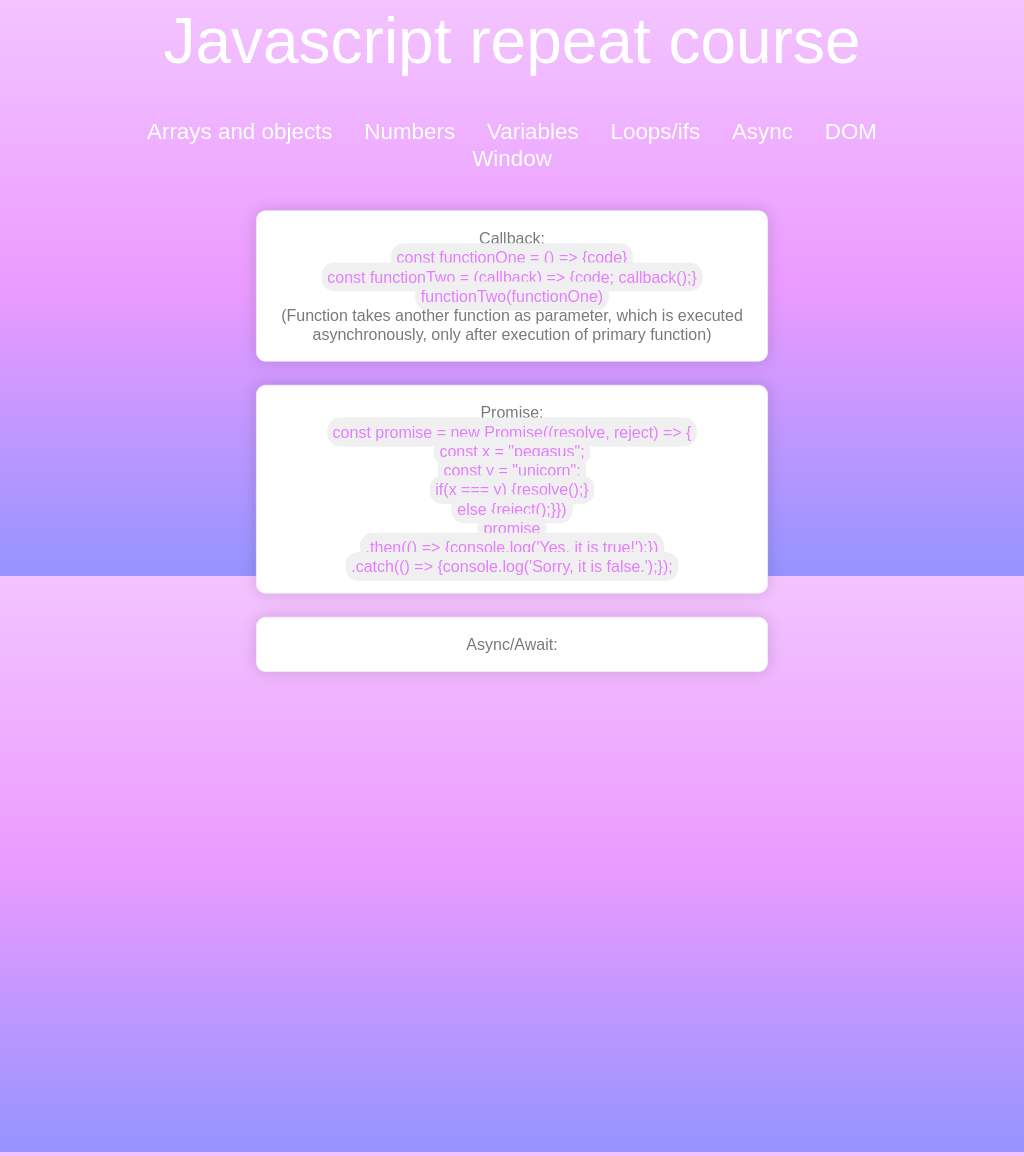
Repository: michalgornicki/javascript
Page: /#/Async
The author's editor kept a copy of each file at every save. The page is drawn from the files as they stood at one save, then again after the next save.
The browser window is 1280 px wide. The pictures show the whole page, at 80% of full size.
Backgrounds fixed to the window are drawn as part of the page. The project was rebuilt for these pictures with package versions that can differ from the ones it lists, and the page was loaded fresh each time. Also part of the build but not shown: src/index.css, src/components/arrays.jsx, src/components/variables.jsx, src/components/numbers.jsx, src/components/loops.jsx, src/components/DOM manipulation.jsx, src/components/window.jsx.

Above is the page before, as saved 2022-02-04 12:51:10.

After the next save:
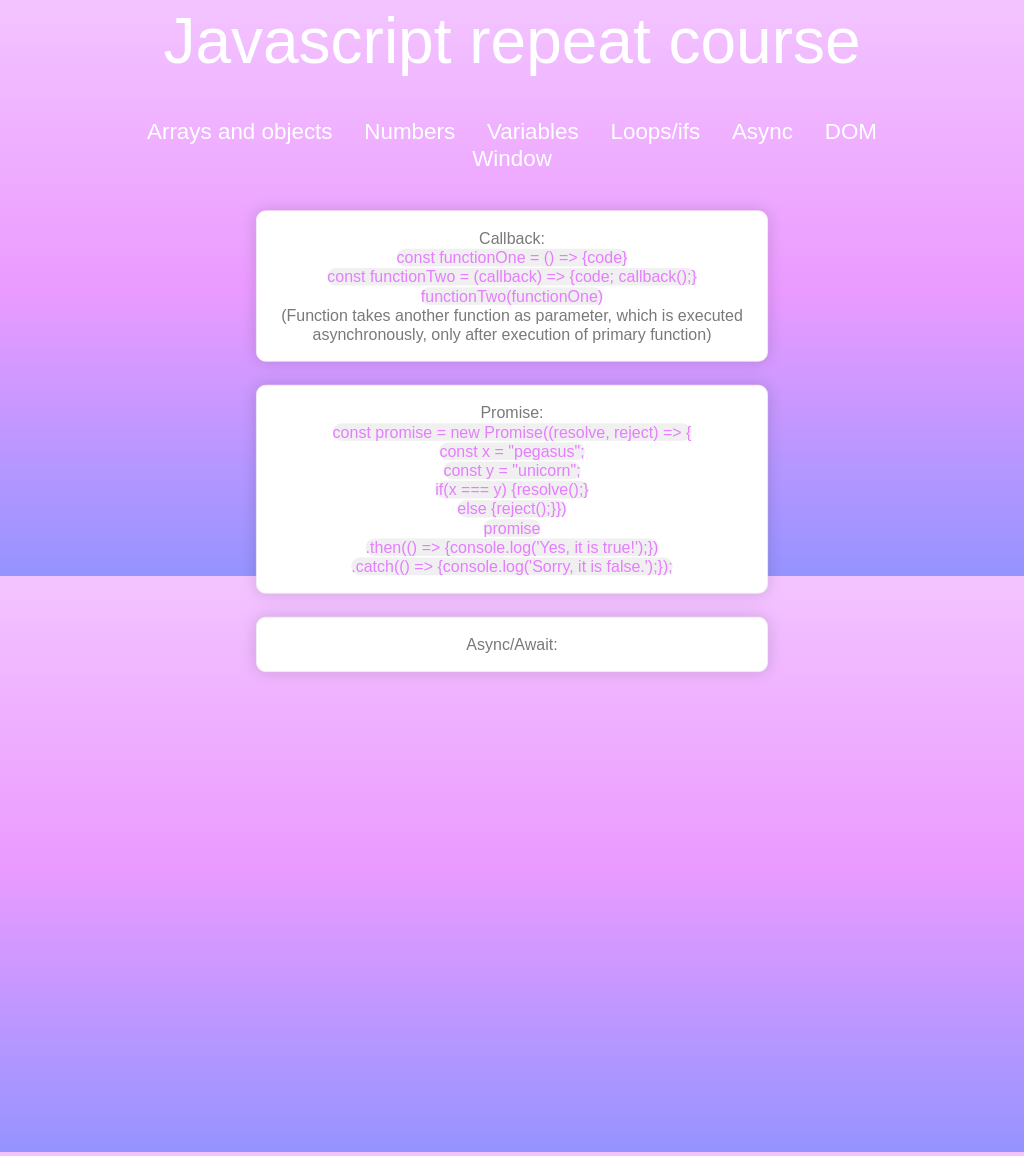
Saved 4 s later.
--- a/src/App.css
+++ b/src/App.css
@@ -29,7 +29,7 @@ body{
 .text-pink{
     color:rgb(229, 125, 255)!important;
     background-color: rgb(240, 240, 240);
-    padding: 1vmin;
+
     border-radius: 1rem;
 }
 
